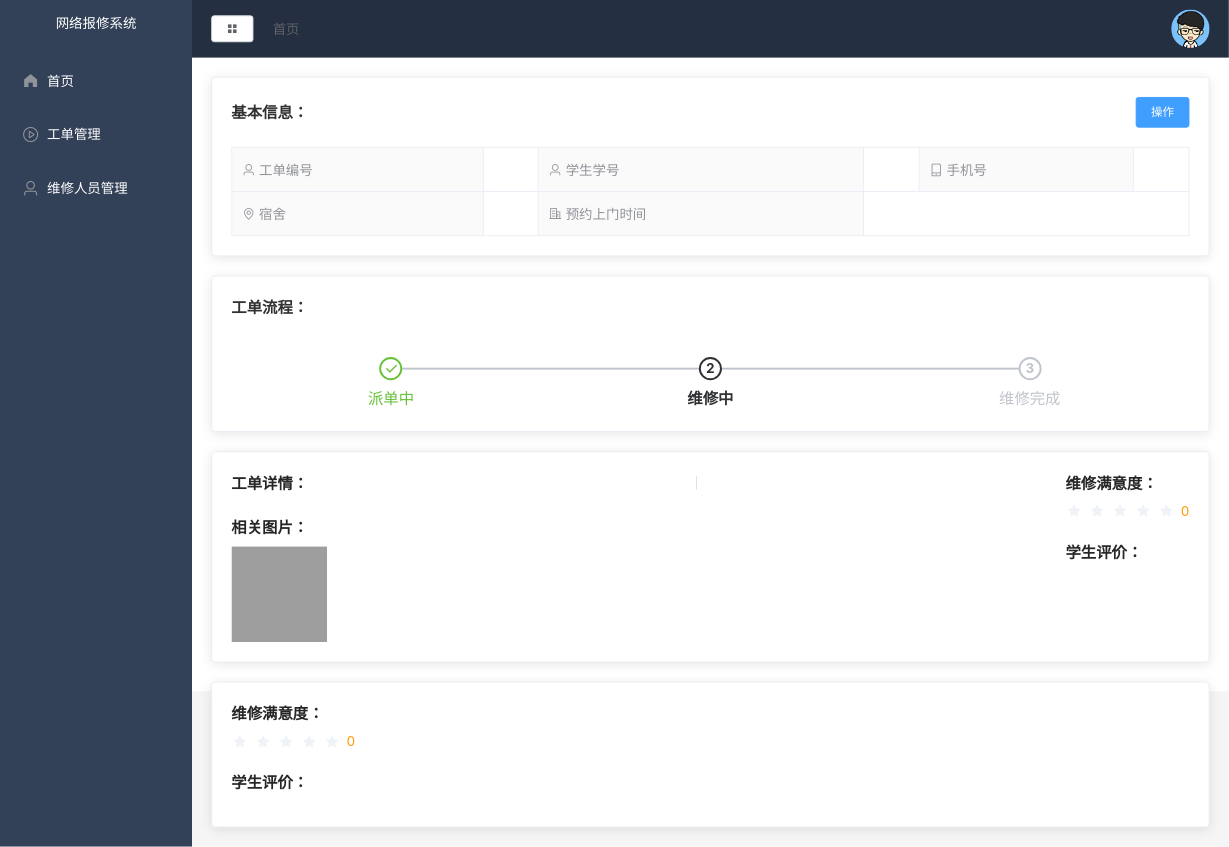
Repository: LtheW/vue
Page: /submit
These files come from the project's save history. The page is drawn as it stood at one moment and after the next save; the edit follows.
The browser window is 1280 px wide. The pictures show the whole page, at 96% of full size.
Pictures or frames that could not be fetched are drawn as grey boxes. The page's requests for data from a server got no answer. The project was rebuilt for these pictures with package versions that can differ from the ones it lists, and the page was loaded fresh each time. No one was signed in, and anything a server would have sent is missing. Also part of the build but not shown: vue.config.js, src/components/CommonTag.vue, src/views/Maintainer/Add.vue.

Above is the page before, as saved 2022-03-27 13:24:08.

After the next save:
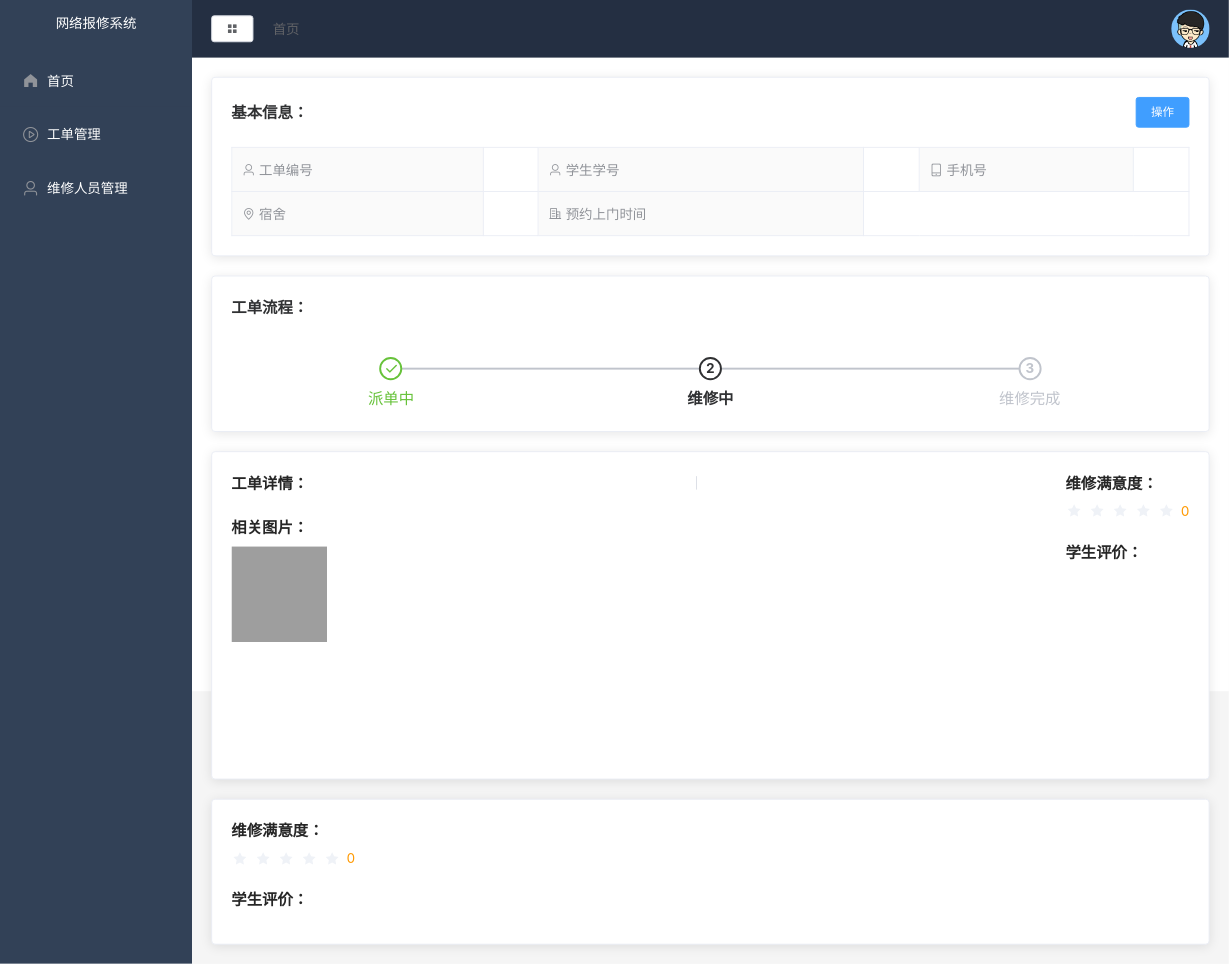
Saved 46 s later.
--- a/src/views/Submit.vue
+++ b/src/views/Submit.vue
@@ -198,6 +198,6 @@
   flex-direction: column;
 }
 .line{
-  height: 100%;
+  height: 300px;
 }
 </style>

After the save that followed:
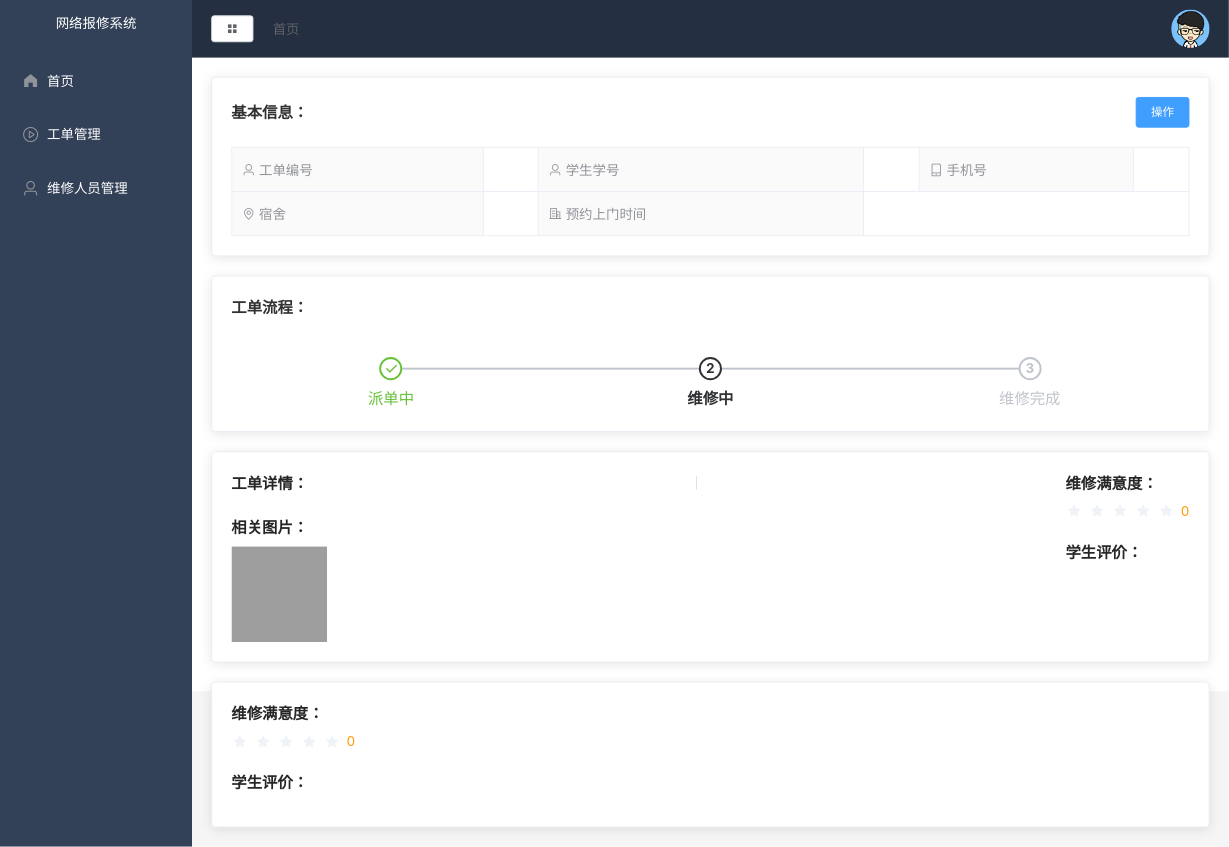
Saved 11 s later.
--- a/src/views/Submit.vue
+++ b/src/views/Submit.vue
@@ -198,6 +198,6 @@
   flex-direction: column;
 }
 .line{
-  height: 300px;
+  height: 100%;
 }
 </style>
